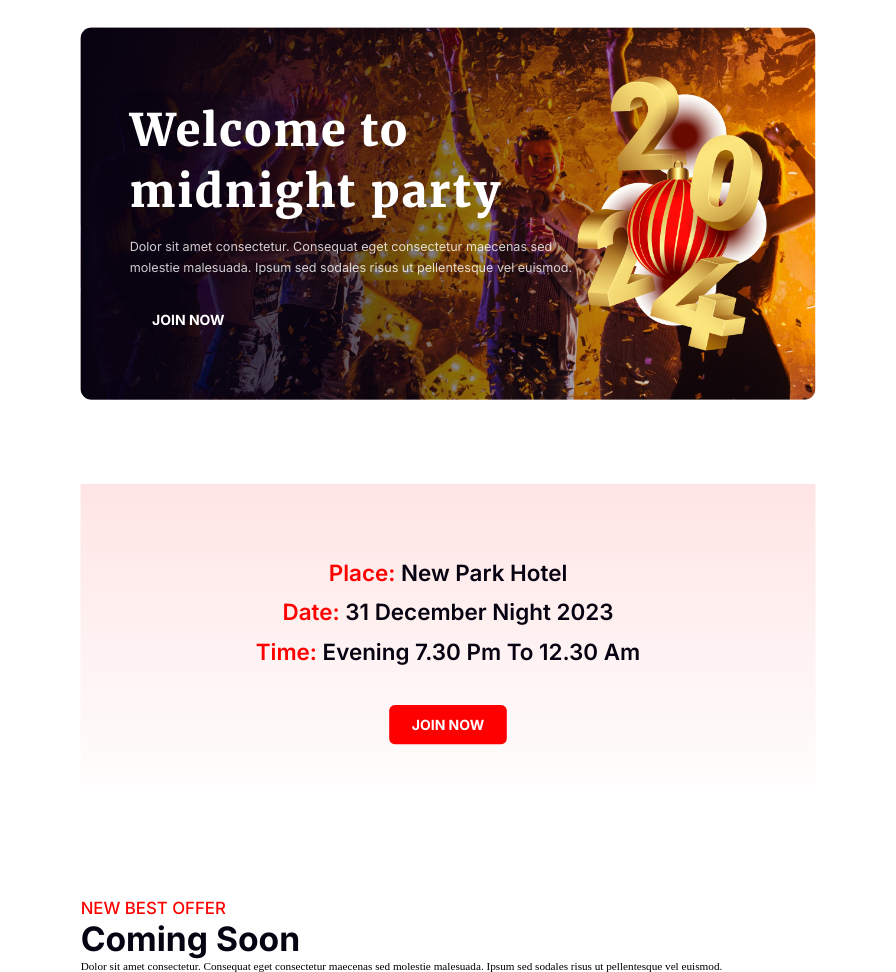
Repository: rahmatahmedrifat/First-Assignment
Page: index.html
These files come from the project's save history. The page is drawn as it stood at one moment and after the next save; the edit follows.
The browser window is 1280 px wide. The pictures show the part of the page from y = 1623 to 3543 px (the page is 3012 px tall before and 3543 px after), at 70% of full size.

Above is the page before, as saved 2024-01-08 04:24:18.

After the next save:
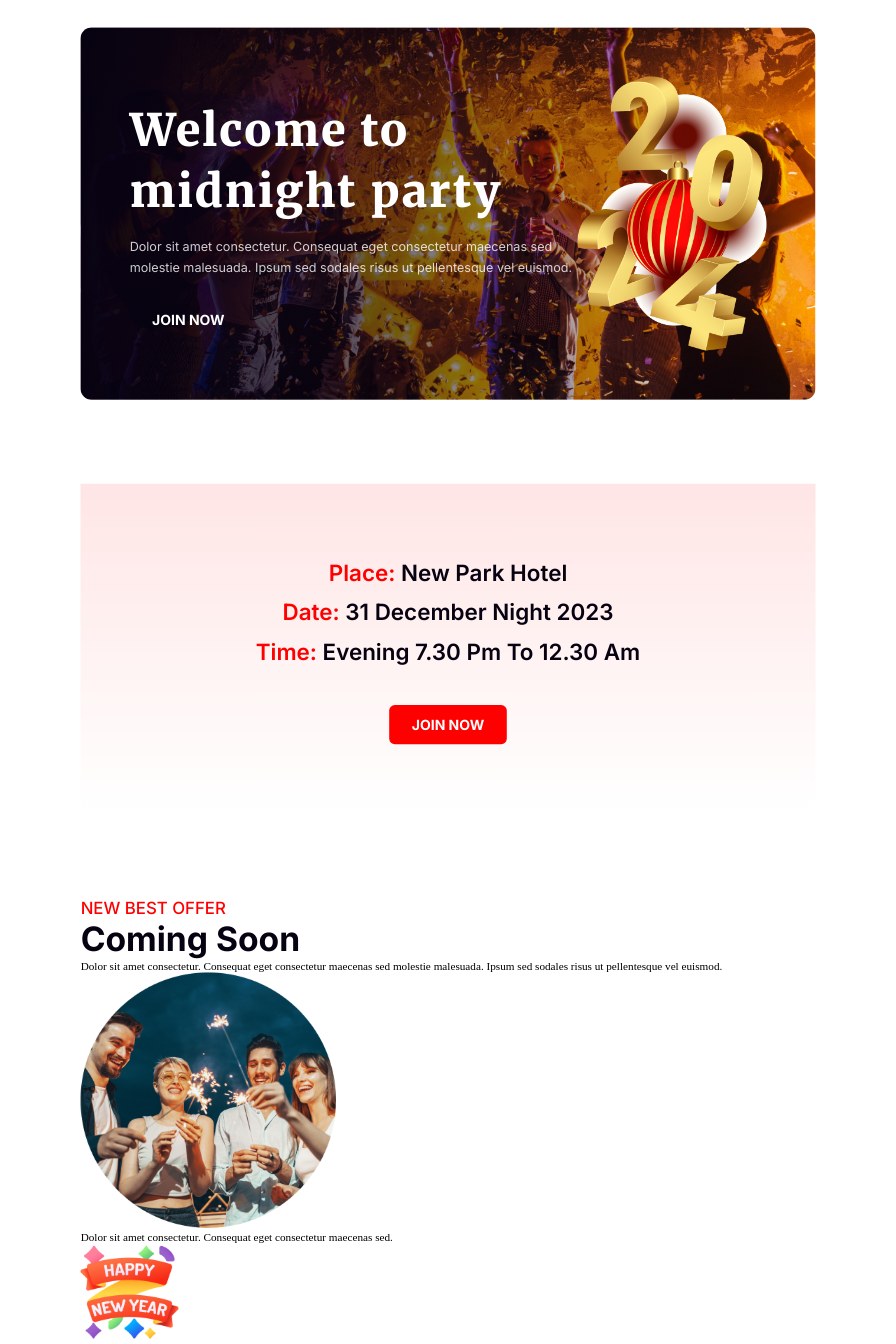
Saved 15 min 33 s later.
--- a/index.html
+++ b/index.html
@@ -74,12 +74,17 @@
                             <h3 class="best-offer-title">Coming Soon</h3>
                             <p class="best-offer-description">Dolor sit amet consectetur. Consequat eget consectetur maecenas sed molestie malesuada. Ipsum sed sodales risus ut pellentesque vel euismod. </p>
                         </div>
-                        <div class="best-offer-content"></div>
-                        <div class="best-offer-content"></div>
+                        <div class="best-offer-img-content">
+                            <img class="best-offer-img" src="images/Ellipse 1.png" alt="best-offer-images">
+                        </div>
+                        <div class="best-offer-content">
+                            <h3 class="best-offer-year"></h3>
+                            <p class="best-offer-escription">Dolor sit amet consectetur. Consequat eget consectetur maecenas sed.</p>
+                            <img class="best-offer-year-img" src="images/icon/Group 96.png" alt="best-offer-year-img">
+                        </div>
                     </div>
                 </div>
             </section>
-
     </main>
     <!--  footer part -->
     <footer></footer>
